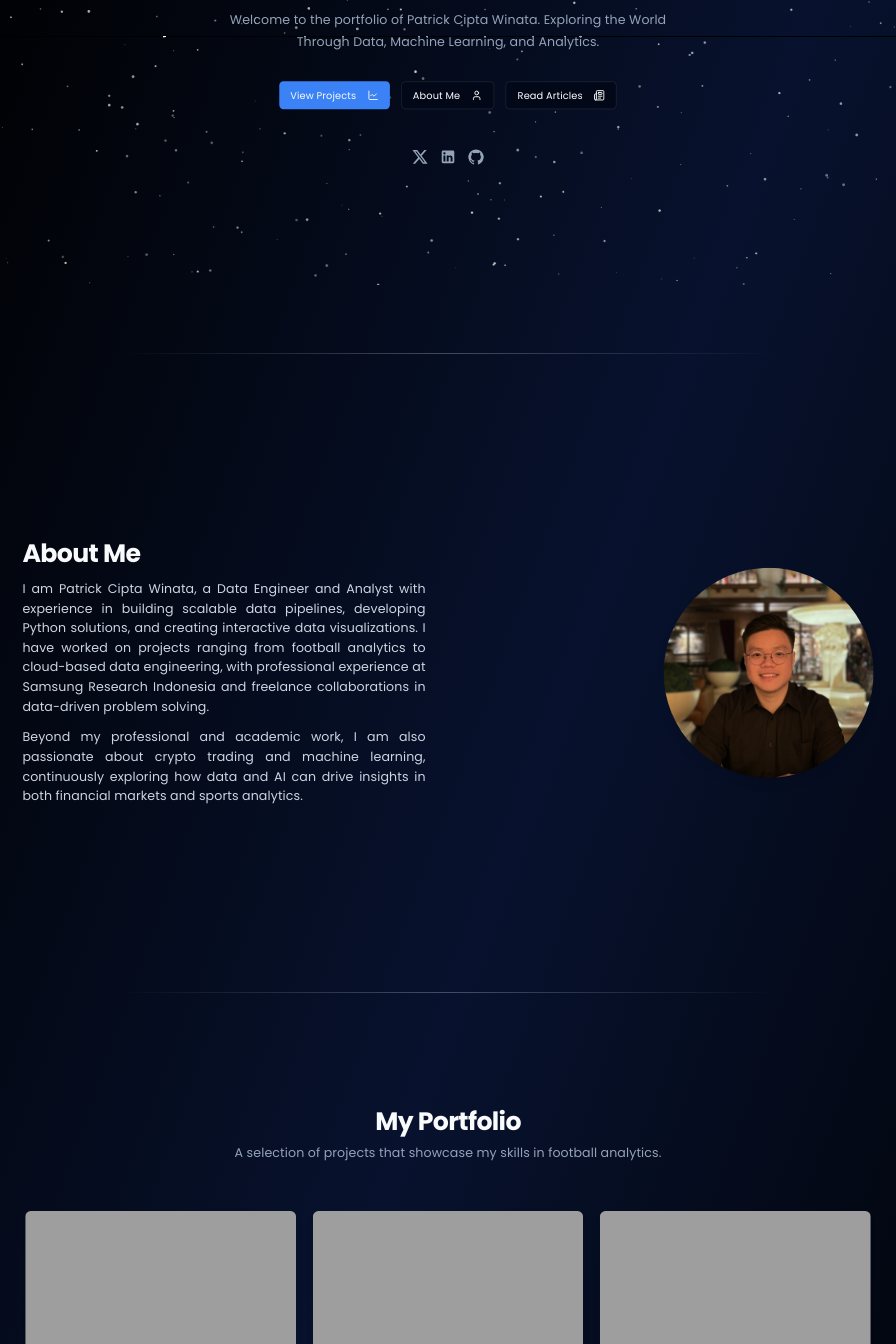
Repository: patrick-cw/my-portfolio
Page: /
An editor plug-in stored every save of this project. The page is shown before and after the next save, followed by the edit.
The browser window is 1280 px wide. The pictures show the part of the page from y = 313 to 2233 px (the page is 3545 px tall), at 70% of full size.
Pictures or frames that could not be fetched are drawn as grey boxes. The project was rebuilt for these pictures with package versions that can differ from the ones it lists, and the page was loaded fresh each time. The framework's server and built-in components were replaced by stand-ins that run in the browser. Also part of the build but not shown: next.config.ts.

Above is the page before, as saved 2025-08-31 01:31:23.

After the next save:
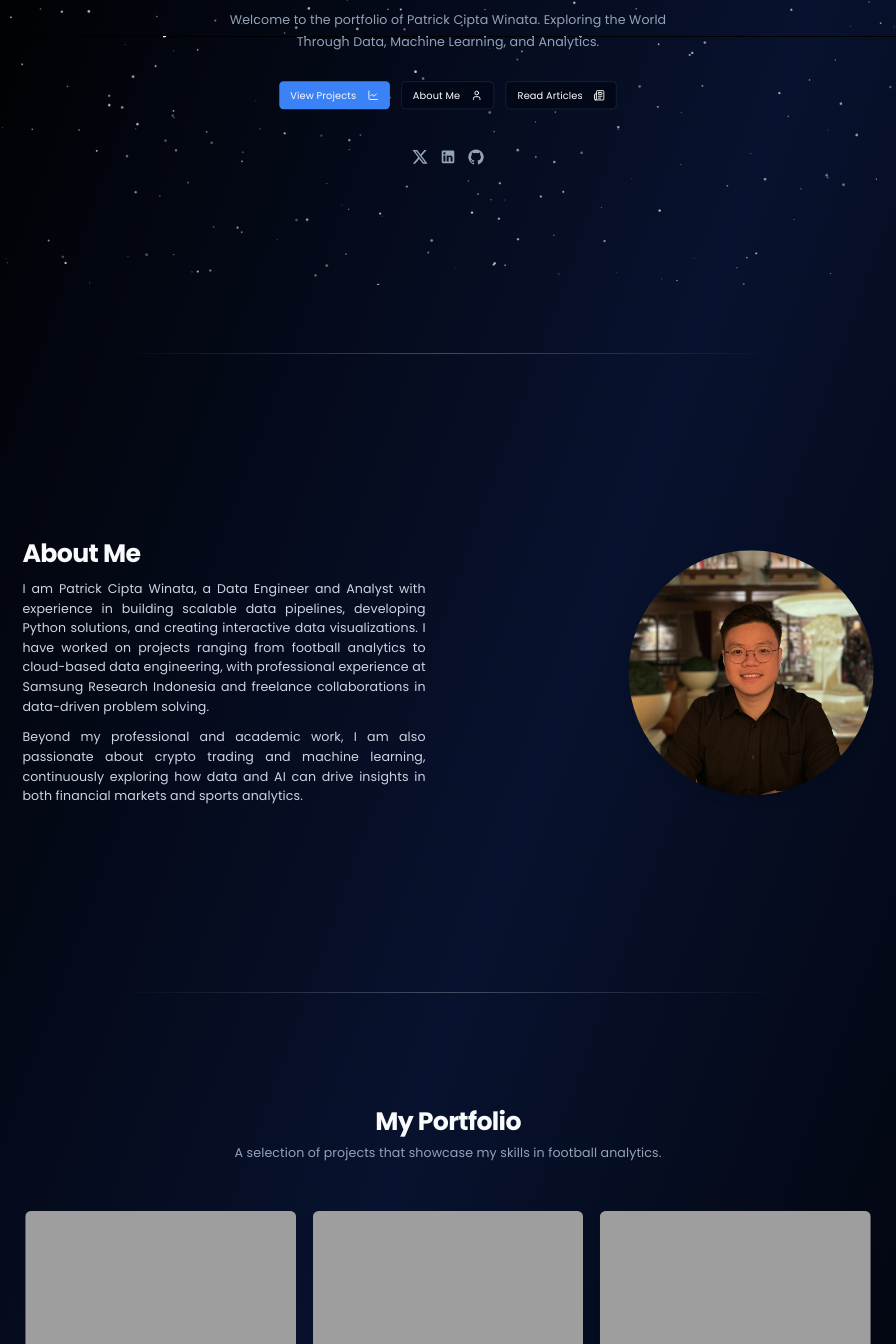
Saved 5 s later.
--- a/src/app/page.tsx
+++ b/src/app/page.tsx
@@ -36,8 +36,8 @@ function AboutSection() {
             <Image
               src="/images/face.JPG"
               alt="Patrick Cipta Winata"
-              width={300}
-              height={300}
+              width={350}
+              height={350}
               className="rounded-full object-cover shadow-lg"
               data-ai-hint="portrait man"
             />
